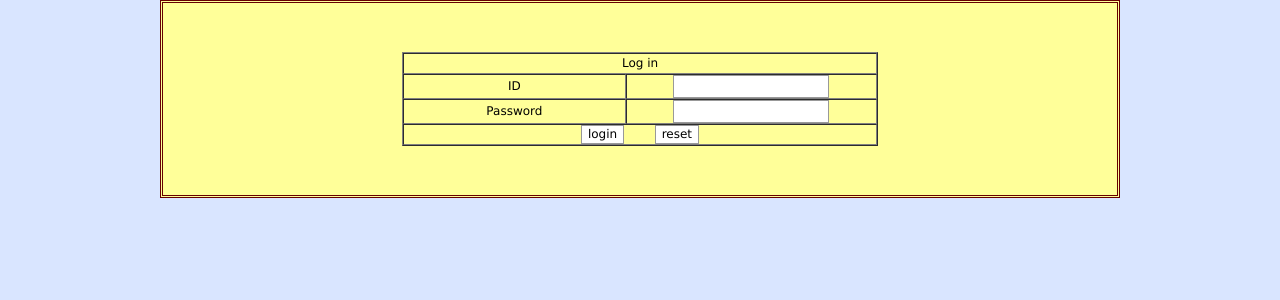
Repository: leekyengho/zodiac
Page: http://localhost/jsphomepage/homepage/left.jsp
An editor plug-in stored every save of this project. The page is shown before and after a run of saves, followed by the edit.
The browser window is 1280 px wide. The pictures show the whole page.
The page is served by Tomcat 9.

Above is the page before, as saved 2016-11-25 11:04:20.

After the next 2 saves:
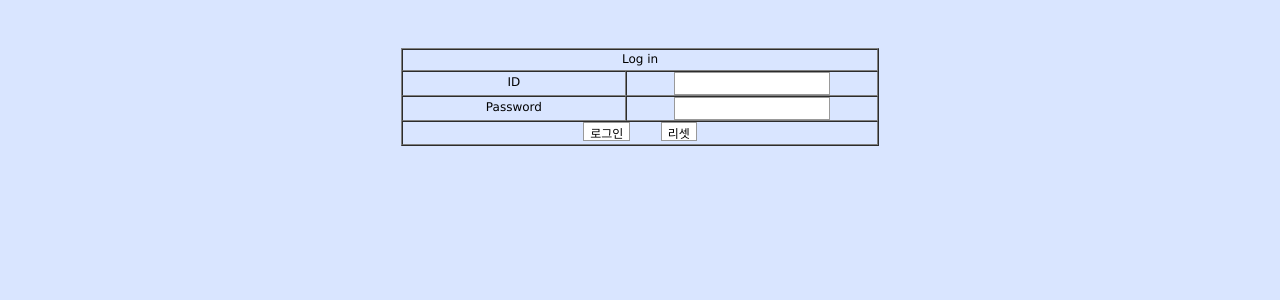
The 2 saves are shown as one change because 1 did not build or start.
The last was saved 3 min 25 s later.
--- a/jsphomepage/WebContent/homepage/left.jsp
+++ b/jsphomepage/WebContent/homepage/left.jsp
@@ -8,6 +8,6 @@
 <link href="style.css" rel="stylesheet" type="text/css">
 </head>
 <body leftmargin="0" topmargin="0" bgcolor="#D9e5ff">
-<jsp:include page="/ch11/sessionMemberLogIn.jsp"/>
+<jsp:include page="/homepage/sessionMemberLogIn.jsp"/>
 </body>
 </html>
